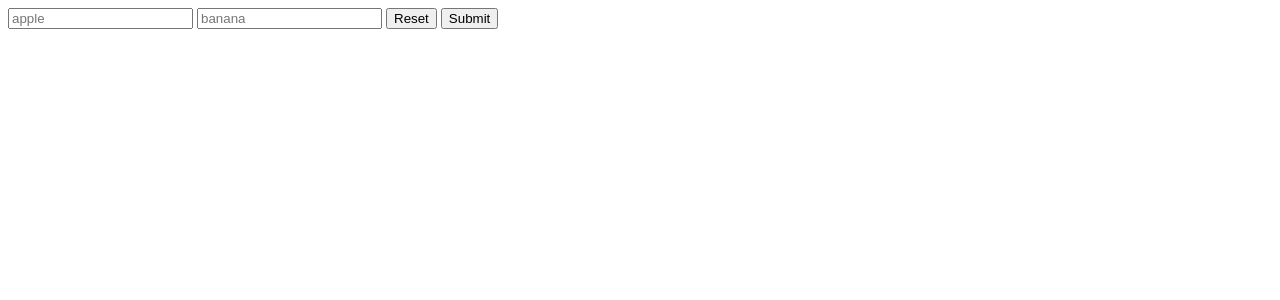
Repository: eyonghwan/jsp_practice
Page: http://localhost/JSPBasic/JspObject/1.requests/req_param_send.jsp
An editor plug-in stored every save of this project. The page is shown before and after the next save, followed by the edit.
The browser window is 1280 px wide. The pictures show the whole page.
The page is served by Tomcat 9.

Above is the page before, as saved 2022-02-03 05:29:13.

After the next save:
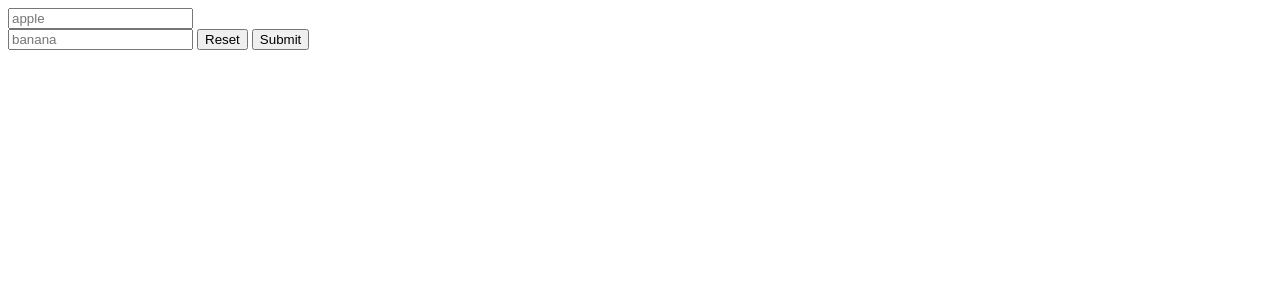
Saved 9 s later.
--- a/JSPBasic/src/main/webapp/JspObject/1.requests/req_param_send.jsp
+++ b/JSPBasic/src/main/webapp/JspObject/1.requests/req_param_send.jsp
@@ -12,7 +12,7 @@
 name속성은 하나는 apple, 하나는 banana로 해주세요.
 reset버튼과 submit버튼도 각각 하나씩 만들어주세요. --%>
 <form>
-	<input type="text" name="apple" placeholder="apple"/>
+	<input type="text" name="apple" placeholder="apple"/><br/>
 	<input type="password" name="banana" placeholder="banana"/>
 	<input type="reset"/>
 	<input type="submit"/>
